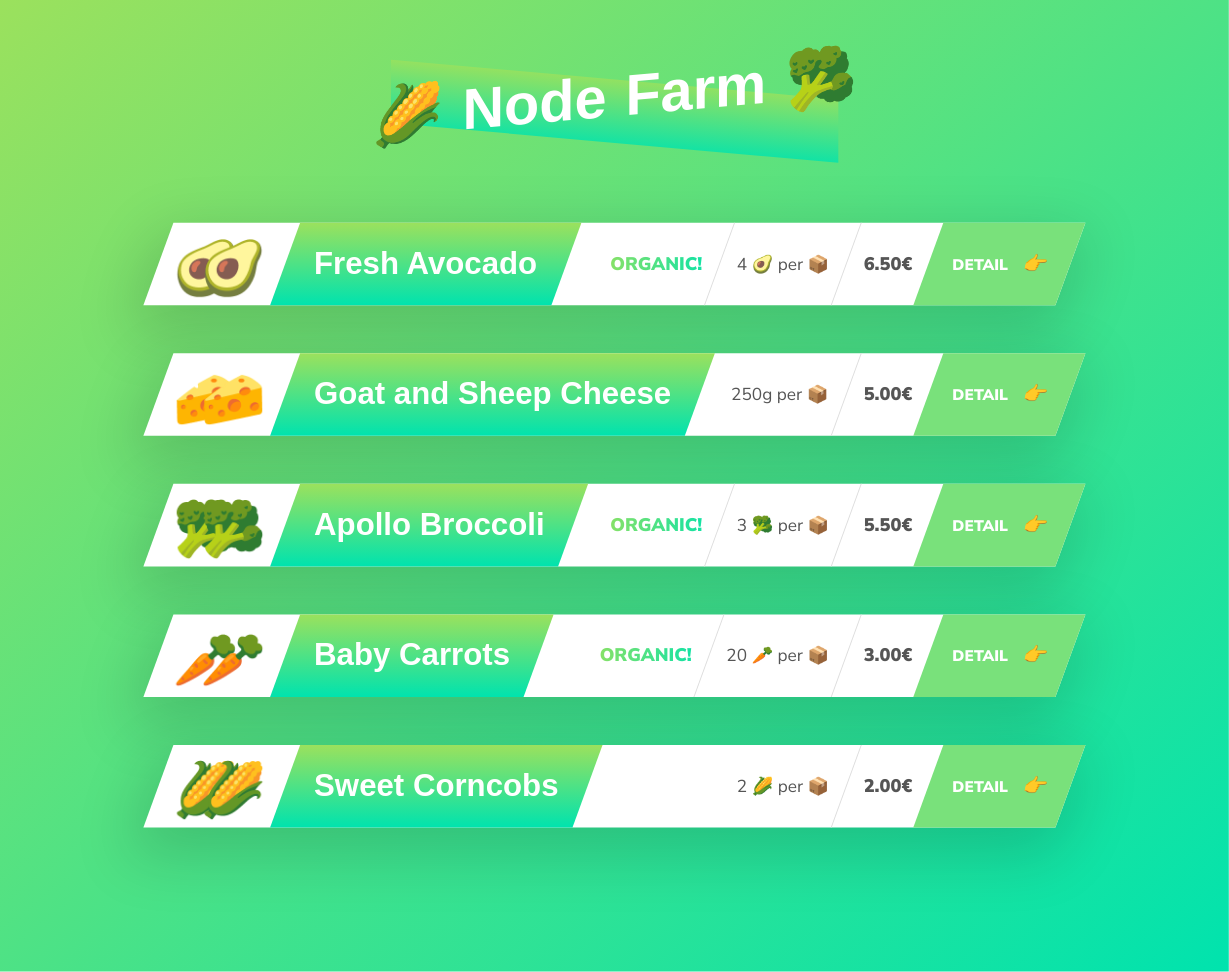
Repository: Tiantian-C/node2
Page: templates/template-overview.html
An editor plug-in stored every save of this project. The page is shown before and after the next save, followed by the edit.
The browser window is 1280 px wide. The pictures show the whole page, at 96% of full size.
Some web fonts or font styles are not loaded; a fallback is used.

Above is the page before, as saved 2023-07-15 15:40:49.

After the next save:
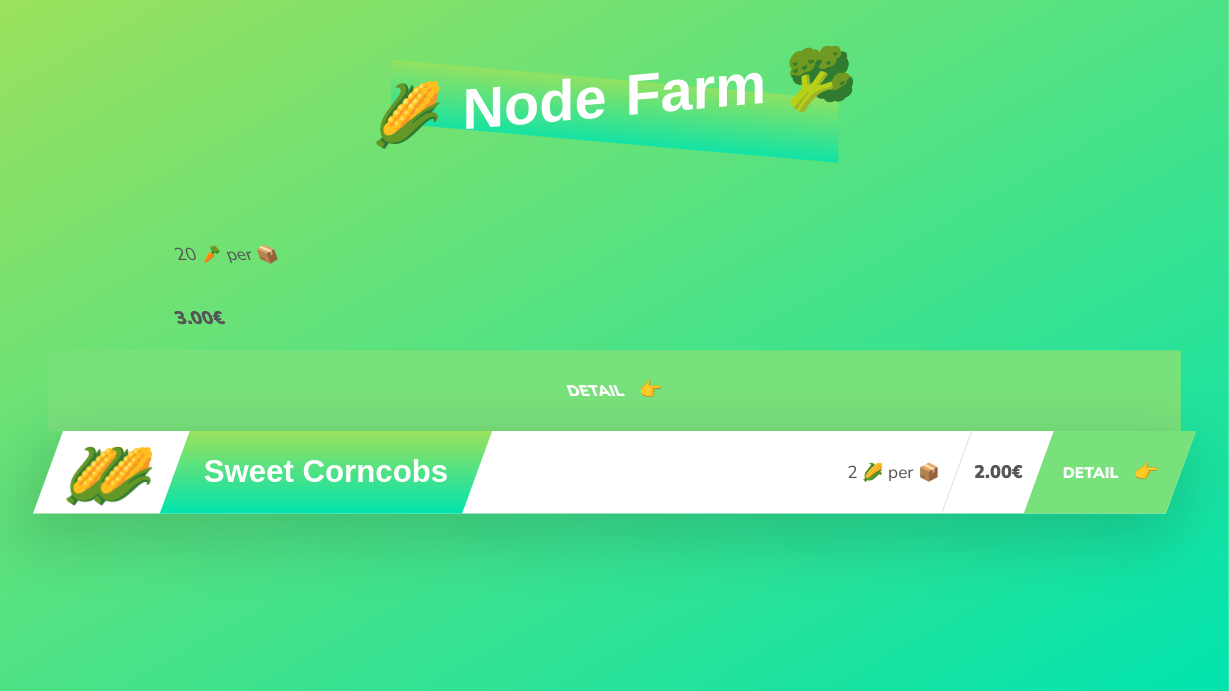
Saved 38 s later.
--- a/templates/template-overview.html
+++ b/templates/template-overview.html
@@ -192,90 +192,7 @@
       <h1>🌽 Node Farm 🥦</h1>
 
       <div class="cards-container">
-        <figure class="card">
-          <div class="card__emoji">🥑🥑</div>
-
-          <div class="card__title-box">
-            <h2 class="card__title">Fresh Avocado</h2>
-          </div>
-
-          <div class="card__details">
-            <div class="card__detail-box">
-              <h6 class="card__detail card__detail--organic">Organic!</h6>
-            </div>
-
-            <div class="card__detail-box">
-              <h6 class="card__detail">4 🥑 per 📦</h6>
-            </div>
-
-            <div class="card__detail-box">
-              <h6 class="card__detail card__detail--price">6.50€</h6>
-            </div>
-          </div>
-
-          <a class="card__link" href="#">
-            <span>Detail <i class="emoji-right">👉</i></span>
-          </a>
-        </figure>
-
-        <figure class="card">
-          <div class="card__emoji">🧀🧀</div>
-          <div class="card__title-box">
-            <h2 class="card__title">Goat and Sheep Cheese</h2>
-          </div>
-
-          <div class="card__details">
-            <div class="card__detail-box">
-              <h6 class="card__detail">250g per 📦</h6>
-            </div>
-
-            <div class="card__detail-box">
-              <h6 class="card__detail card__detail--price">5.00€</h6>
-            </div>
-          </div>
-
-          <a class="card__link" href="#">
-            <span>Detail <i class="emoji-right">👉</i></span>
-          </a>
-        </figure>
-
-        <figure class="card">
-          <div class="card__emoji">🥦🥦</div>
-          <div class="card__title-box">
-            <h2 class="card__title">Apollo Broccoli</h2>
-          </div>
-
-          <div class="card__details">
-            <div class="card__detail-box">
-              <h6 class="card__detail card__detail--organic">Organic!</h6>
-            </div>
-
-            <div class="card__detail-box">
-              <h6 class="card__detail">3 🥦 per 📦</h6>
-            </div>
-
-            <div class="card__detail-box">
-              <h6 class="card__detail card__detail--price">5.50€</h6>
-            </div>
-          </div>
-
-          <a class="card__link" href="#">
-            <span>Detail <i class="emoji-right">👉</i></span>
-          </a>
-        </figure>
-
-        <figure class="card">
-          <div class="card__emoji">🥕🥕</div>
-          <div class="card__title-box">
-            <h2 class="card__title">Baby Carrots</h2>
-          </div>
-
-          <div class="card__details">
-            <div class="card__detail-box">
-              <h6 class="card__detail card__detail--organic">Organic!</h6>
-            </div>
-
-            <div class="card__detail-box">
+
               <h6 class="card__detail">20 🥕 per 📦</h6>
             </div>
 
